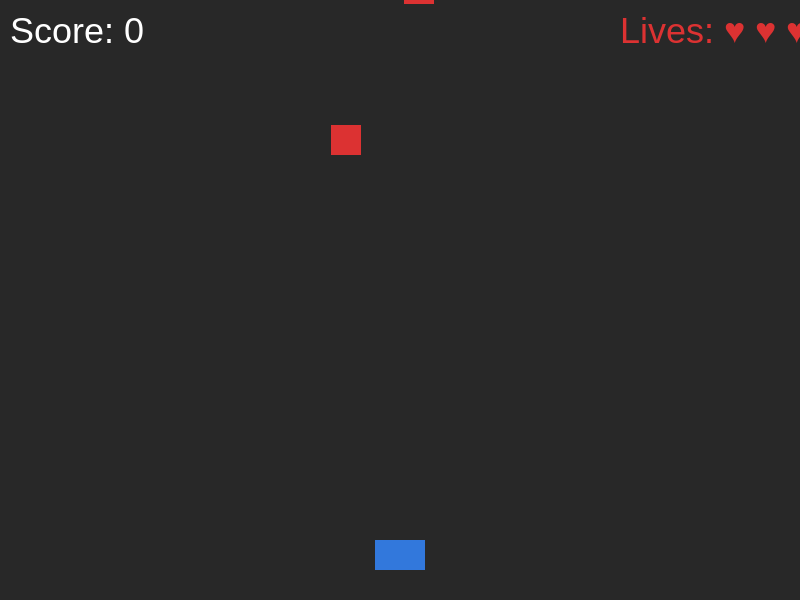
Repository: Magodang/20260181
Script's output: python week5fd/week5.py
These files come from the project's save history. The script's output is drawn as it stood at one moment and after the next save; the edit follows.
The window is shown after at most 60 frames with no key pressed. A system font it names is replaced by a similar one. Random numbers start from a fixed seed.

Above is the script's output before, as saved 2026-03-31 14:36:39.

After the next save:
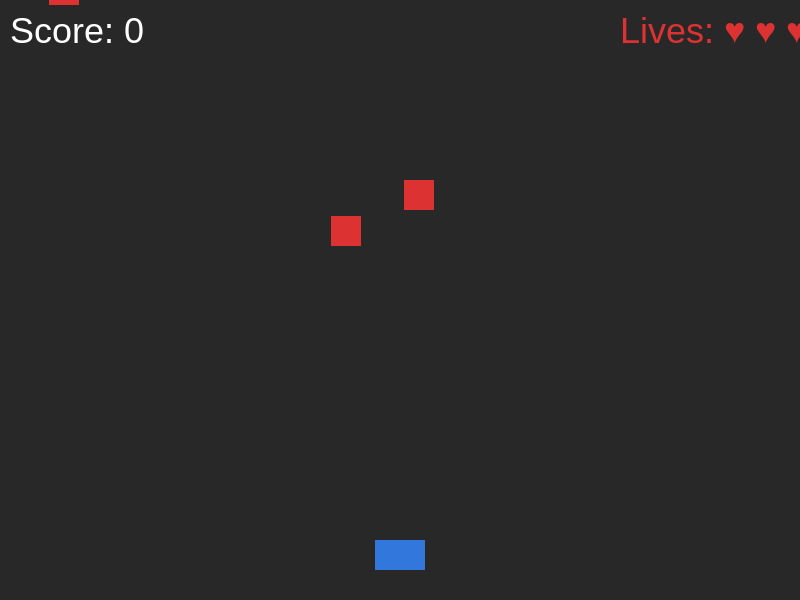
Saved 71 s later.
--- a/week5fd/week5.py
+++ b/week5fd/week5.py
@@ -3,7 +3,6 @@ import random
 import sys
 
 pygame.init()
-
 
 def get_korean_font(size):
     candidates = ["malgungothic", "applegothic", "nanumgothic", "notosanscjk"]
@@ -13,16 +12,13 @@ def get_korean_font(size):
             return font
     return pygame.font.SysFont(None, size)
 
-
 WIDTH, HEIGHT = 800, 600
 FPS = 60
 
 WHITE  = (255, 255, 255)
-BLACK  = (0,   0,   0)
-BLUE   = (50,  120, 220)
-RED    = (220, 50,  50)
-YELLOW = (240, 200, 0)
-GRAY   = (40,  40,  40)
+BLUE   = (50, 120, 220)
+RED    = (220, 50, 50)
+GRAY   = (40, 40, 40)
 
 screen = pygame.display.set_mode((WIDTH, HEIGHT))
 pygame.display.set_caption("Dodger")
@@ -30,25 +26,22 @@ clock = pygame.time.Clock()
 font = get_korean_font(36)
 font_big = get_korean_font(72)
 
-# 고정 난이도 설정
-ENEMY_MIN_SPEED = 4
-ENEMY_MAX_SPEED = 7
-SPAWN_DELAY = 30
-
 PLAYER_W, PLAYER_H = 50, 30
 ENEMY_W,  ENEMY_H  = 30, 30
 
+# 핵심 수정: 고정 난이도
+SPAWN_DELAY = 20          # 낮을수록 많이 생성 (기존 중간~빠름 수준)
+MIN_SPEED = 5
+MAX_SPEED = 10
 
 def spawn_enemy():
     x = random.randint(0, WIDTH - ENEMY_W)
-    speed = random.randint(ENEMY_MIN_SPEED, ENEMY_MAX_SPEED)
+    speed = random.randint(MIN_SPEED, MAX_SPEED)
     return pygame.Rect(x, -ENEMY_H, ENEMY_W, ENEMY_H), speed
-
 
 def draw_hud(score, lives):
     screen.blit(font.render(f"Score: {score}", True, WHITE), (10, 10))
     screen.blit(font.render(f"Lives: {'♥ ' * lives}", True, RED), (WIDTH - 180, 10))
-
 
 def game_over_screen(score):
     screen.fill(GRAY)
@@ -63,7 +56,6 @@ def game_over_screen(score):
             if e.type == pygame.KEYDOWN:
                 if e.key == pygame.K_r: return True
                 if e.key == pygame.K_q: pygame.quit(); sys.exit()
-
 
 def main():
     player = pygame.Rect(WIDTH // 2 - PLAYER_W // 2, HEIGHT - 60, PLAYER_W, PLAYER_H)
@@ -81,19 +73,17 @@ def main():
                 pygame.quit(); sys.exit()
 
         keys = pygame.key.get_pressed()
-        if keys[pygame.K_LEFT]  and player.left  > 0:      player.x -= 5
-        if keys[pygame.K_RIGHT] and player.right < WIDTH:  player.x += 5
-        if keys[pygame.K_UP]    and player.top   > 0:      player.y -= 5
+        if keys[pygame.K_LEFT]  and player.left  > 0:     player.x -= 5
+        if keys[pygame.K_RIGHT] and player.right < WIDTH: player.x += 5
+        if keys[pygame.K_UP]    and player.top   > 0:     player.y -= 5
         if keys[pygame.K_DOWN]  and player.bottom < HEIGHT: player.y += 5
 
-        # 적 생성
         spawn_timer += 1
         if spawn_timer >= SPAWN_DELAY:
             spawn_timer = 0
             rect, speed = spawn_enemy()
             enemies.append([rect, speed])
 
-        # 적 이동 및 점수 증가
         survived = []
         for pair in enemies:
             pair[0].y += pair[1]
@@ -103,7 +93,6 @@ def main():
                 score += 1
         enemies = survived
 
-        # 충돌 처리
         if invincible > 0:
             invincible -= 1
         else:
@@ -128,9 +117,6 @@ def main():
             pygame.draw.rect(screen, RED, pair[0])
 
         draw_hud(score, lives)
-
         pygame.display.flip()
-        clock.tick(FPS)
-
 
 main()
